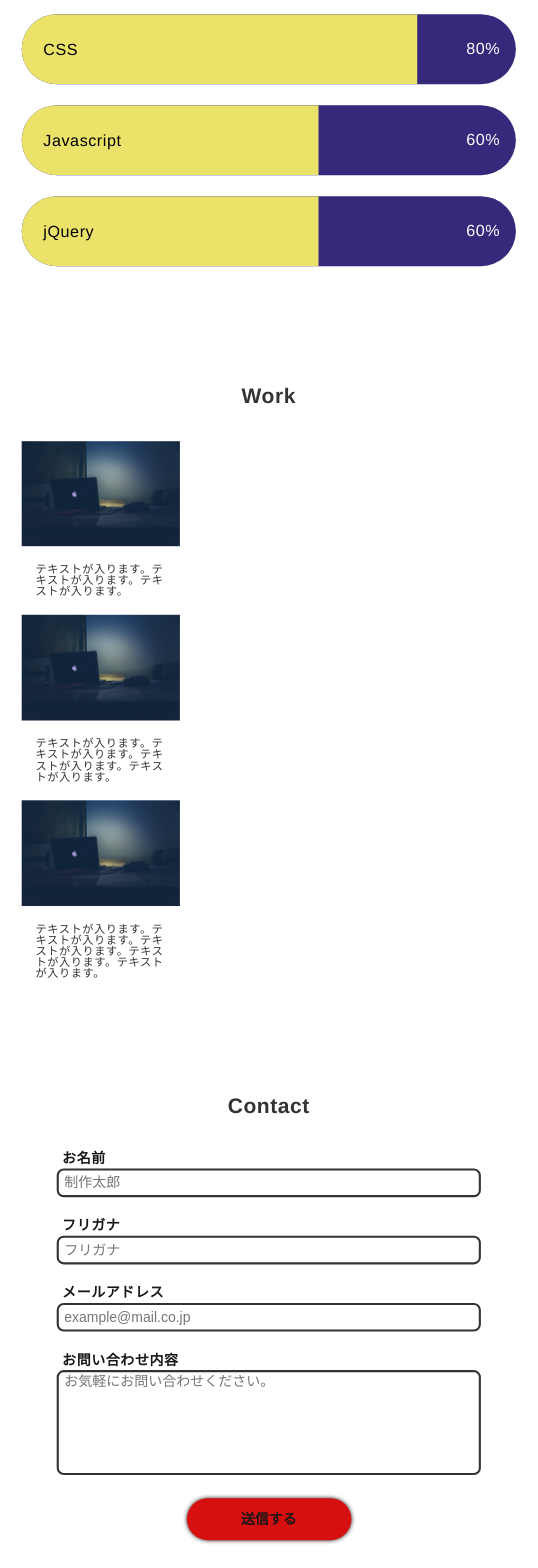
Repository: sadayuki15/portfolio
Page: index.html
An editor plug-in stored every save of this project. The page is shown before and after a run of saves, followed by the edit.
The browser window is 768 px wide. The pictures show the part of the page from y = 2436 to 4676 px (the page is 4676 px tall before and 4636 px after), at 70% of full size.

Above is the page before, as saved 2021-04-26 15:18:19.

### index.html
<!DOCTYPE html>
<html lang="ja">
<head>
  <meta charset="UTF-8">
  <meta http-equiv="X-UA-Compatible" content="IE=edge">
  <meta name="viewport" content="width=device-width, initial-scale=1.0">
  <link rel="stylesheet" href="./css/reset.css">
  <link rel="stylesheet" href="./css/style.css">
  <title>Document</title>
</head>
<body>
  <!-- header -->
  <header class="header">
    <div class="header-inner">
      <h1 class="header-title">PortFolio</h1>
      <nav class="header-nav">
        <ul class="nav-list">
          <li class="nav-item"><a href="#">Home</a></li>
          <li class="nav-item"><a href="#">About</a></li>
          <li class="nav-item"><a href="#">Skil</a></li>
          <li class="nav-item"><a href="#">Work</a></li>
          <li class="nav-item"><a href="#">Contact</a></li>
        </ul>
      </nav>
      <button id="burger-btn">
        <span class="bar bar_top"></span>
        <span class="bar bar_mid"></span>
        <span class="bar bar_bottom"></span>
      </button>
    </div>
  </header>
  <!-- //header -->

  <main>
  <!-- fv -->
  <div class="fv">
    <div class="main-copy">
      <p class="main-title">
        SADAYUKI<br>
        NISIYAMA
      </p>
    </div>
  </div>
  <!-- //fv -->

  <!-- About -->
  <div class="section-wrapper">
    <h2 class="section-title">ABOUT</h2>
    <div class="section-inner about">
      <div class="about-img-wrapper">
        <img calss="ab-img" src="./img/about3.jpg" alt="">
      </div>
      <div class="about-contents">
        <p class="about-text">
          はじめまして、西山禎侑と申します。
        </p>
        <p class="about-text">
          1986年生まれ。鳥取県八頭郡出身。
        </p>
        <p class="about-text">
          地元の大学卒業後、民間企業へ入社。11年間、個人から法人までの営業、事務、企画等（主に金融業務）を経験し退職。
        </p>
        <p class="about-text">
          2021年2月より完全未経験からプログラミングを学習し、フリーランスエンジニアを目指し新たな道へ挑戦。
        </p>
        <p class="about-text">
          目指すは「頼んで良かった」、「またお願いしたい」と言われる人材に。
        </p>
        <p class="about-text">
          コーディング、Webサイト制作のお仕事が可能です。<br>
          お仕事のご相談等、お気軽にお問い合わせ下さい。
        </p>
        <p class="about-text">
          何卒、よろしくお願い致します。
        </p>
      </div>
    </div>
  </div>
  <!-- //About -->

  <!-- skil -->
  <div class="section-wrapper">
    <h2 class="section-title">Skil</h2>
    <div class="section-inner">
      <div class="chart">
        <div id="board">
          <div class="row">
            <span class="label">HTML</span>
            <div class="bar-wrap">
              <div class="bar" data-value="80"></div>
            </div>
            <span class="number">80%</span>
          </div><!-- row -->
          <div class="row">
            <span class="label">CSS</span>
            <div class="bar-wrap">
              <div class="bar" data-value="80"></div>
            </div>
            <span class="number">80%</span>
          </div><!-- row -->
          <div class="row">
            <span class="label">Javascript</span>
            <div class="bar-wrap">
              <div class="bar" data-value="60"></div>
            </div>
            <span class="number">60%</span>
          </div><!-- row -->
          <div class="row">
            <span class="label">jQuery</span>
            <div class="bar-wrap">
              <div class="bar" data-value="60"></div>
            </div>
            <span class="number">60%</span>
          </div><!-- row -->
        </div><!-- board -->
      </div><!-- chart -->
    </div>
  </div>
  <!-- //skil -->

  <!-- works -->
  <div class="section-wrapper">
    <h2 class="section-title">Work</h2>
    <div class="section-inner">
      <ul class="work-list">
        <li class="work-item">
          <a href="">
            <div class="work-img">
              <img src="./img/top2.jpg" alt="">
            </div>
            <p class="work-text">テキストが入ります。テキストが入ります。テキストが入ります。</p>
          </a>
        </li>
        <li class="work-item">
          <a href="">
            <div class="work-img">
              <img src="./img/top2.jpg" alt="">
            </div>
            <p class="work-text">テキストが入ります。テキストが入ります。テキストが入ります。テキストが入ります。</p>
          </a>
        </li>
        <li class="work-item">
          <a href="">
            <div class="work-img">
              <img src="./img/top2.jpg" alt="">
            </div>
            <p class="work-text">テキストが入ります。テキストが入ります。テキストが入ります。テキストが入ります。テキストが入ります。</p>
          </a>
        </li>
      </ul>
    </div>
  </div>
  <!-- //works -->

  <!-- contact -->
  <div class="section-wrapper">
    <h2 class="section-title">Contact</h2>
    <div class="section-inner">
      <form action="https://docs.google.com/forms/u/0/d/e/1FAIpQLSfCjsqzzj8C34UUE0Mi2WnerATBCsd4cWR83YcoPwhWItEpFQ/formResponse">
        <ul class="contact-list">
          <li class="contact-item">
            <label for="name" class="contact-label">お名前</label>
          </li>
          <li class="contact-item">
            <input id="name" class="input-text" type="text" name="entry.32834570" placeholder="制作太郎">
          </li>
        </ul>
        <ul class="contact-list">
          <li class="contact-item">
            <label for="name" class="contact-label">フリガナ</label>
          </li>
          <li class="contact-item">
            <input id="name" class="input-text" type="text" name="entry.382189680" placeholder="フリガナ">
          </li>
        </ul>
        <ul class="contact-list">
          <li class="contact-item">
            <label for="email" class="contact-label">メールアドレス</label>
          </li>
          <li class="contact-item">
            <input id="email" class="input-text" type="text" name="entry.303714741" placeholder="example@mail.co.jp">
          </li>
        </ul>
        <ul class="contact-list">
          <li class="contact-item">
            <label for="msg" class="contact-label">お問い合わせ内容</label>
          </li>
          <li class="contact-item">
            <textarea id="msg" name="entry.1496098719" placeholder="お気軽にお問い合わせください。"></textarea>
          </li>
        </ul>
        <div class="contact-btn">
          <button class="submit-btn" type="submit" name="button" value="送信">送信する</button>
        </div>
      </form>
    </div>
  </div>
  <!-- //contact -->







  </main>



  <script src="jquery-3.6.0.min.js"></script>
  <script src="index.js"></script>
</body>
</html>

### css/style.css
html {
  font-size: 62.5%;
}
body {
  font-size: 1.6rem;
  letter-spacing: .05em;
  color: #171717;
  font-family: Helvetica, '游ゴシック', 'Yu Gothic', YuGothic, HiraKakuProN-W3, 'メイリオ', Meiryo, sans-serif;
}
ul {
  text-decoration: none;
}
li {
  list-style: none;
}
a {
  text-decoration: none;
}
img {
  width: 100%;
  vertical-align: bottom;
}
/*-------共通-------*/
.section-wrapper {
  padding: 100px 0 100px;
  margin-bottom: 50px;
}
.section-title{
  max-width: 1000px;
  color: #333;
  font-size: 6rem;
  margin: 0 auto 80px;
  padding: 0 30px;
  text-align: center;
}
.section-inner {
  max-width: 1000px;
  margin: 0 auto;
  padding: 0 50px;
}


/*-------header-------*/
.header {
  width: 100%;
  padding: 19px 30px;
  position: absolute;
  top: 0;
  left: 0;
  z-index: 1;
  transition: .3s;
  color: #fff;
  box-sizing: border-box;
}
.header-inner {
  max-width: 1200px;
  margin: 0 auto;
  display: flex;
  justify-content: space-between;
  align-items: center;
  box-sizing: border-box;
}
.header-title {
  font-size: 2.6rem;
}
.nav-list {
  display: flex;
}
.nav-item a {
  display: block;
  color: #fff;
  font-weight: bold;
  text-decoration: none;
  transition: .3s;
}
.nav-item {
  margin-right: 30px;
}
.nav-item:last-of-type {
  margin-right: 0;
}
.nav-item a:hover {
  opacity: .7;
  transition: .3s;
  text-decoration: 3px underline;
}
#burger-btn {
  display: none;
}

/*-------fv-------*/
.fv {
  width: 100%;
  height: 100vh;
  min-height: 550px;
  background-image: url(../img/fv-top.jpg);
  background-size: cover;
  background-position: center;
  /* position: relative; */
}
.main-copy {
  position: absolute;
  bottom: 19%;
  left: 8.3%;
  color: #fff;
  font-weight: bold;
}
.main-title{
  font-size: 10vw;
  text-align: center;
}

.about{
  display: flex;
  justify-content: space-between;
}
.about-img-wrapper {
  max-width: 400px;
  margin-right: 20px;
}
.ab-img {
  width: 100%;
}
.about-text {
  max-width: 500px;
  margin-bottom: 30px;
  line-height: 1.8;
  font-weight: bold;
}

/*-------skil-------*/
.content {
  width: 100%;
  height: 200px;
  line-height: 200px;
  text-align: center;
}
.chart {
  max-width: 1000px;
  margin: 0 auto;
}
.chart .row {
  position: relative;
  height: 100px;
  margin-bottom: 25px;
}
.chart .row span {
  color: #000;
  font-size: 1.8rem;
}
.chart .row span.label {
  position: absolute;
  top: 35px;
  left: 3%;
  padding-left: 10px;
  text-align: left;
  line-height: 30px;
  z-index: 10;
}
.chart .row .bar-wrap {
  position: relative;
  background: #36297c;
  width: 100%;
  height: 100%;
  overflow: hidden;
  border-radius: 50px;
}
.chart .row .bar-wrap .bar {
  position: absolute;
  top: 0;
  left: 0;
  height: 100%;
  background: #ebe26a;
  transition: all 1s;
  transform: translateX(-100%);
}
.chart .row .bar-wrap .bar.no {
  transform: translateX(0%);
}
.chart .row span.number {
  position: absolute;
  top: 35px;
  right: 3%;
  width: 40px;
  padding-right: 10px;
  text-align: right;
  line-height: 28px;
  z-index: 10;
  color: #fff;
}

/*-------work-------*/
.work-list {
  max-width: 1000px;
  margin: 0 auto;
  display: flex;
  justify-content: space-between;
}
.work-item {
  width: 32%;
}
.work-item a {
  color: #333;
}
.work-text {
  padding: 25px 20px;
}

/*-------contact-------*/
.contact-list {
  max-width: 700px;
  margin: 0 auto 30px;
  padding: 0 50px;
}
.contact-item {
  margin-bottom: 5px;
}
.contact-item:last-of-type {
  margin-bottom: 0;
}
.contact-label {
  display: block;
  font-weight: bold;
  font-size: 20px;
  padding: 0 8px;
}
input,textarea {
  resize: none;
  appearance: none;
  -webkit-appearance: none;
  outline: none;
  border: 3px solid #333;
  width: 100%;
  color: #333;
  box-sizing: border-box;
  border-radius: 10px;
  font-size: 20px;
}
.input-text {
  padding: 0 8px;
  line-height: 35px;
}
.input-text:focus {
  background-color: #eaf6fd;
}
textarea {
  height: 150px;
  padding: 0 8px;
  line-height: 30px;
}
textarea:focus {
  background-color: #eaf6fd;
}
.contact-btn {
  text-align: center;
  max-width: 700px;
  margin: 0 auto;
}
button {
  background-color: transparent;
  border: none;
  cursor: pointer;
  outline: none;
  padding: 0;
  appearance: none;
}
.submit-btn {
  display: block;
  width: 235px;
  line-height: 60px;
  margin: 0 auto;
  background-color: #d61010;
  box-shadow: 0 0 6px #1B1310;
  border-radius: 30px;
  text-align: center;
  color: #171717;
  font-weight: bold;
  transition: .3s;
  border: none;
  font-size: 20px;
}
.submit-btn:hover {
  opacity: .9;
  transition: .3s;
  cursor: pointer;
}

/*-------media-------*/
@media screen and (min-width: 1000px) {
  .chart .row {
    margin-bottom: 30px;
  }
  .chart .row span {
    color: #000;
    font-size: 3rem;
  }
}

@media screen and (max-width: 1000px) {
  .chart .row {
    margin-bottom: 30px;
  }
  .chart .row span {
    color: #000;
    font-size: 3vw;
  }
}

@media screen and (max-width:768px) {
  /*-------- base_sp -------*/
  .section-wrapper {
    padding: 100px 0 40px;
    margin-bottom: 0;
  }
  .section-title {
    padding: 0 4vw;
    font-size: 3rem;
    margin-bottom: 50px;
  }
  .section-title:after {
    width: 90px;
  }
  .section-inner {
    padding: 0 4vw;
  }

  /*-------- header -------*/
  .header-nav {
    position: fixed;
    top: -110%;
    left: 0;
    right: 0;
    width: 100%;
    height: 100vh;
    background: rgba(0,0,0,0.9);
    color: #ffffff;
    display: flex;
    align-items: center;
    justify-content: center;

    /* 上からスライド */
    transition: top 0.5s;
  }
  .nav-list {
    display: block;
  }
  .nav-item {
    margin-bottom: 20px;
  }

#burger-btn .bar {
  display: block;
  background-color: #fff;
  width: 30px;
  height: 3px;
  transition: .3s;
}
.bar_top,
.bar_mid {
  margin-bottom: 8px;
}

#burger-btn.cross .bar_top {
  transform: rotate(45deg) translate(8px,8px);
  transition: .3s;
}
#burger-btn.cross .bar_mid {
  opacity: 0;
  transition: .3s;
}
#burger-btn.cross .bar_bottom {
  transform: rotate(-45deg) translate(8px,-8px);
  transition: .3s;
}
body.noscroll {
  overflow: hidden;
}

/* ナビゲーションボタン（開く） */
#burger-btn{
  display: block;
  top: 15px;
  padding: 0;
  outline: none;
  border: none;
  background: none;
  width: 30px;
  height: 20px;
  cursor: pointer;
}
.open .header-nav{
  top: 0;
}
.open #burger-btn{
  z-index: 100;
}

/*-------- fv -------*/
.main-copy {
  top: 60%;
  left: 50%;
  transform: translate(-60%,-50%);
}
.main-title {
  font-size: 11vw;
  white-space: nowrap;
}

/*-------- fv -------*/
.about {
  display: block;
}
.about-img-wrapper {
  max-width: 100%;
  margin-right: 0;
  margin-bottom: 30px;
}
.about-text {
  text-align: center;
  margin: 0 auto;
  margin-bottom: 20px;
}

/*-------- fv -------*/
.work-list {
  display: block;
  padding
}

}

### index.js
function generateChart(wrapper) {
  let values = [];

  $(wrapper + ' .bar').each(function(index, el) {
    values.push($(this).data('value'));
  });

  $(wrapper + ' .bar').each(function(index, el) {
    let bar = $(this);
    let value = bar.data('value');

    bar.width(value + '%');

    let board = $('#board');
    let boardO = board.offset().top;
    let boardH = board.height();
    let windowH = $(window).height();
    let windowS = $(window).scrollTop();

    if(windowS > boardO - windowH + (windowH / 2) && windowS < boardO + boardH - (boardH / 2)){
      bar.addClass('no');
    }
  });
}

$(window).on('scroll', function(event) {
  generateChart('#board');
});

document.getElementById("burger-btn").onclick = function(){
  document.querySelector('html').classList.toggle('open');
  $(this).toggleClass('cross');
  $('body').toggleClass('noscroll');
}

Loaded but not shown: css/reset.css (common file); jquery-3.6.0.min.js (library)

After the next 5 saves:
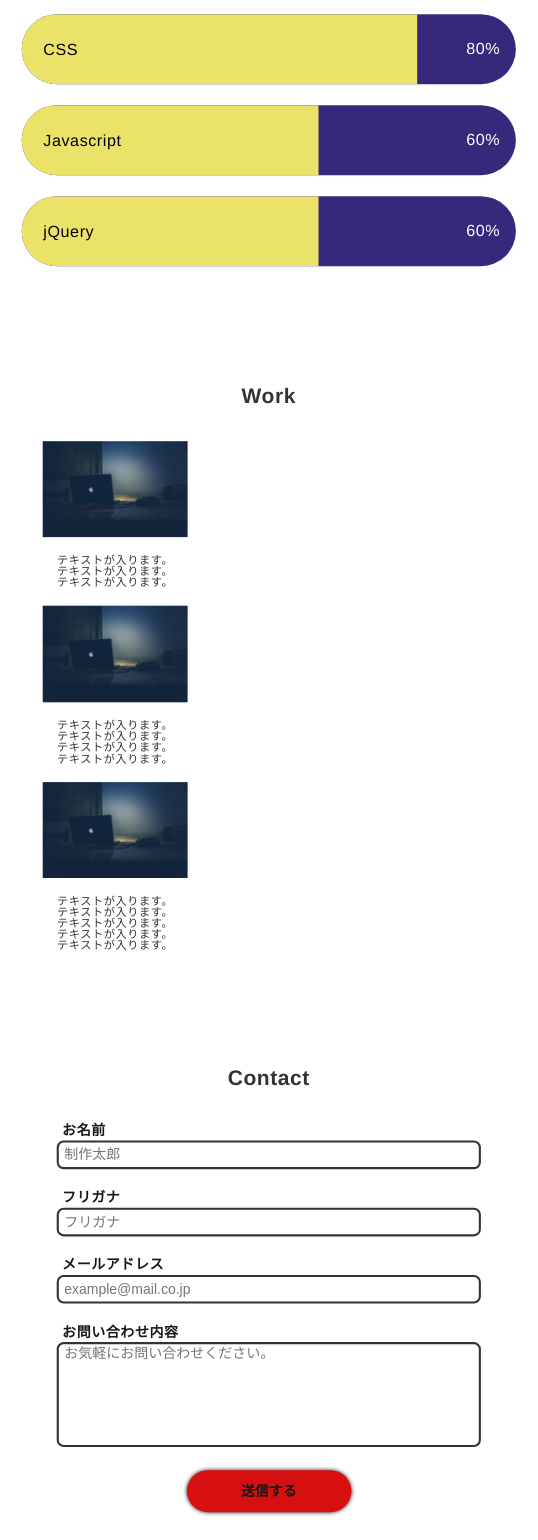
The 5 saves are shown as one change because they came seconds apart.
The last was saved 13 s later.
--- a/css/style.css
+++ b/css/style.css
@@ -424,7 +424,7 @@ body.noscroll {
 /*-------- fv -------*/
 .work-list {
   display: block;
-  padding
-}
-
-}
+  padding: 0 4vw;
+}
+
+}
